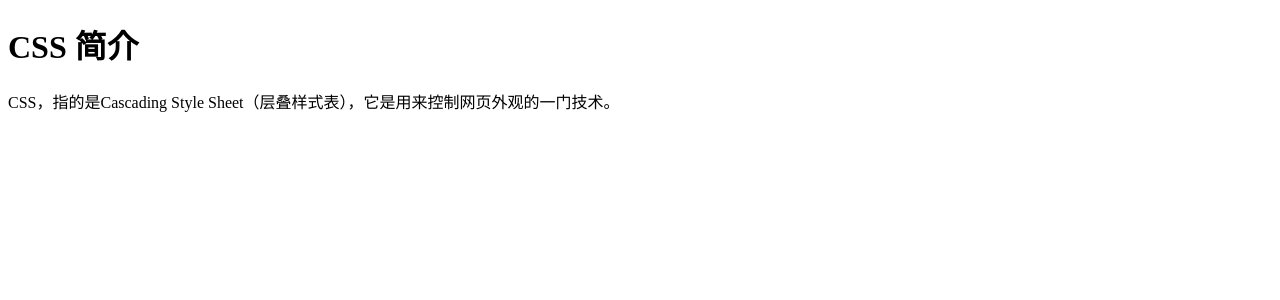
Repository: liang-n/front-end-basics
Page: 11-CSS简介.html
An editor plug-in stored every save of this project. The page is shown before and after a run of saves, followed by the edit.
The browser window is 1280 px wide. The pictures show the whole page.

Above is the page before, as saved 2022-05-15 20:33:28.

After the next 4 saves:
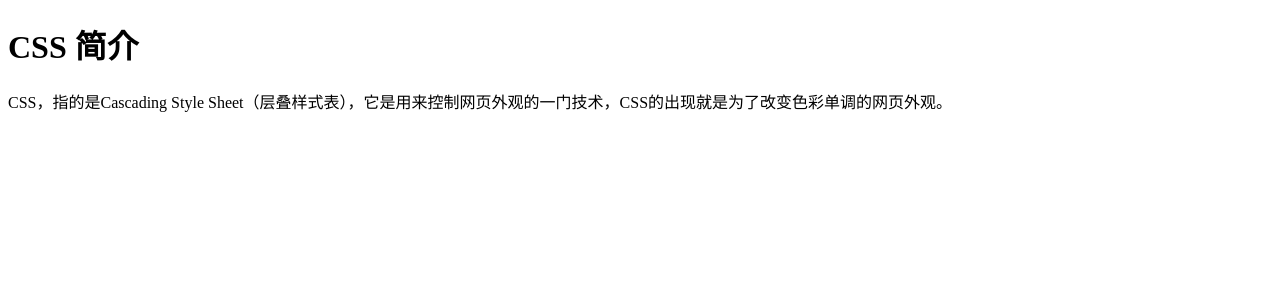
The 4 saves are shown as one change because they came seconds apart.
The last was saved 15 s later.
--- a/11-CSS简介.html
+++ b/11-CSS简介.html
@@ -6,7 +6,7 @@
 <body>
     <h1>CSS 简介</h1>
 
-    <p>CSS，指的是Cascading Style Sheet（层叠样式表），它是用来控制网页外观的一门技术。</p>
-    <p></p>
+    <p>CSS，指的是Cascading Style Sheet（层叠样式表），它是用来控制网页外观的一门技术，CSS的出现就是为了改变色彩单调的网页外观。</p>
+
 </body>
 </html>
